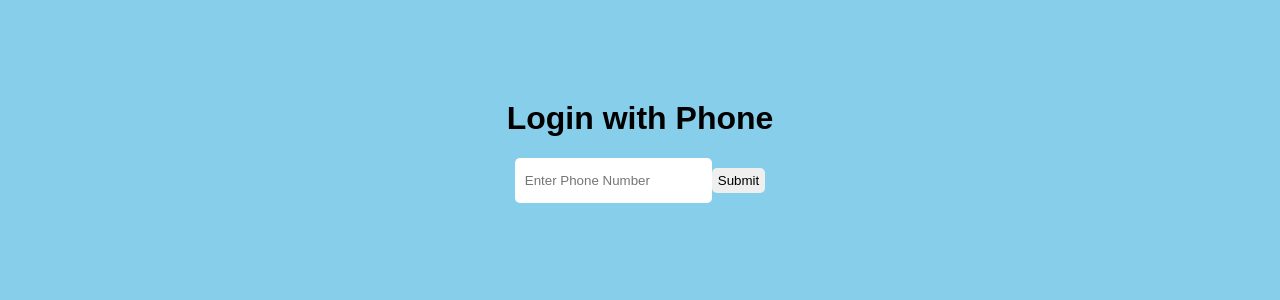
Repository: s-babaeizadeh/OTP-Login
Page: /
An editor plug-in stored every save of this project. The page is shown before and after the next save, followed by the edit.
The browser window is 1280 px wide. The pictures show the whole page.
The project was rebuilt for these pictures with package versions that can differ from the ones it lists, and the page was loaded fresh each time. Also part of the build but not shown: vite.config.js, src/components/OtpInput.jsx.

Above is the page before, as saved 2024-08-03 21:38:38.

After the next save:
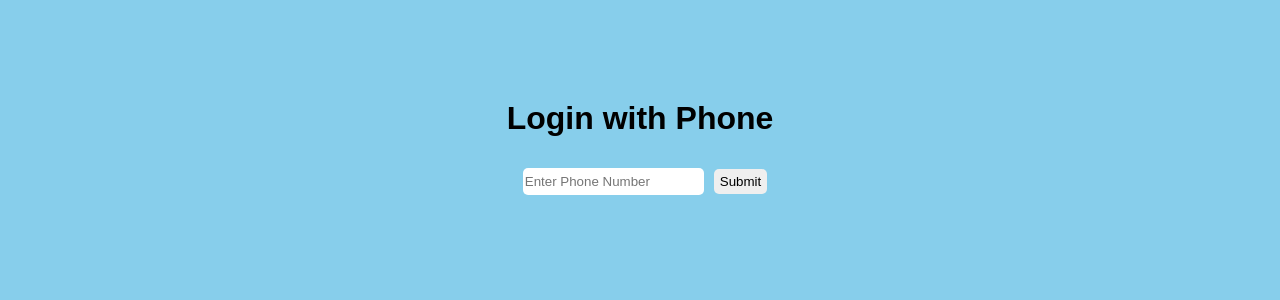
Saved 17 s later.
--- a/src/App.css
+++ b/src/App.css
@@ -17,7 +17,7 @@
   border: none;
   outline: none;
   height: 25px;
-  padding: 10px;
+  margin: 10px;
 }
 
 button {
